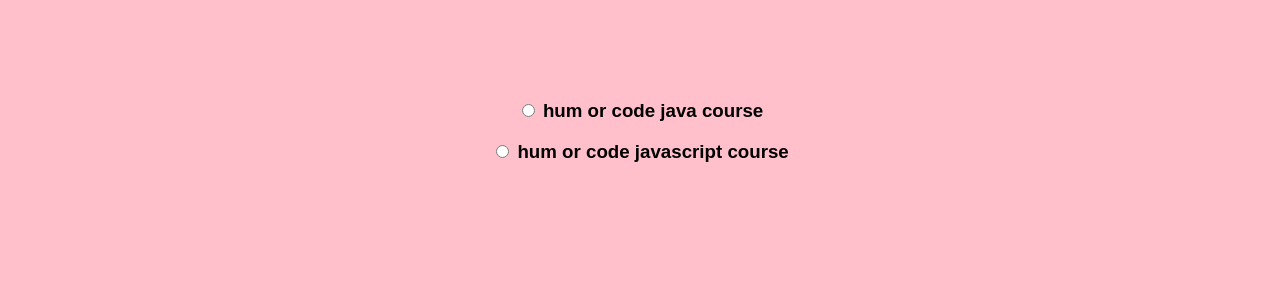
Repository: sourav0190/learnig-spring
Page: tomcat/humorcode/src/main/webapp/index.html
An editor plug-in stored every save of this project. The page is shown before and after the next save, followed by the edit.
The browser window is 1280 px wide. The pictures show the whole page.

Above is the page before, as saved 2025-12-13 15:03:29.

After the next save:
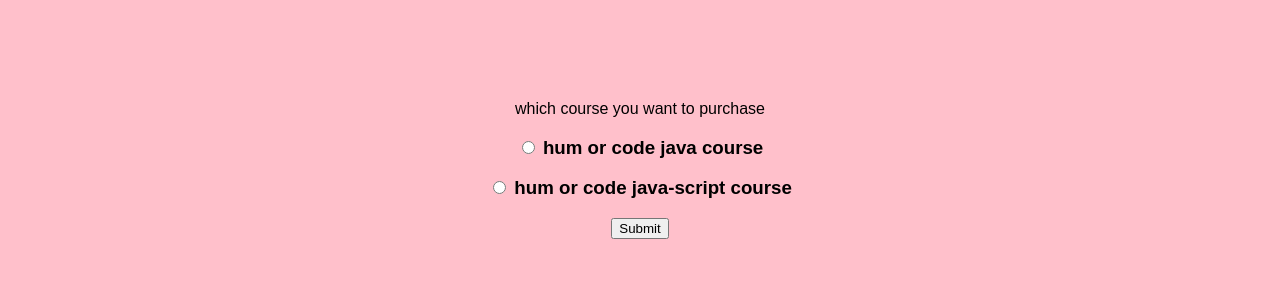
Saved 7 min 23 s later.
--- a/tomcat/humorcode/src/main/webapp/index.html
+++ b/tomcat/humorcode/src/main/webapp/index.html
@@ -1,7 +1,7 @@
 <!DOCTYPE html>
 <html>
 <head>
-    <title>Square Finder</title>
+    <title>hum or code</title>
     <style>
         body {
             background-color: pink;
@@ -15,17 +15,19 @@
 
 
 
-    <form action="controler.jsp" >
+    <form action="sq.jsp" >
+    which course you want to purchase
         <h3>
         <input type="radio" name="page" value = "java">
         hum or code java course
 
         </h3>
          <h3>
-        <input type="radio" name="page" value = "javascript">
-        hum or code javascript course
+        <input type="radio" name="page" value = "java-script">
+        hum or code java-script course
 
         </h3>
+        <input type = "submit">
     </form>
 
 </body>
